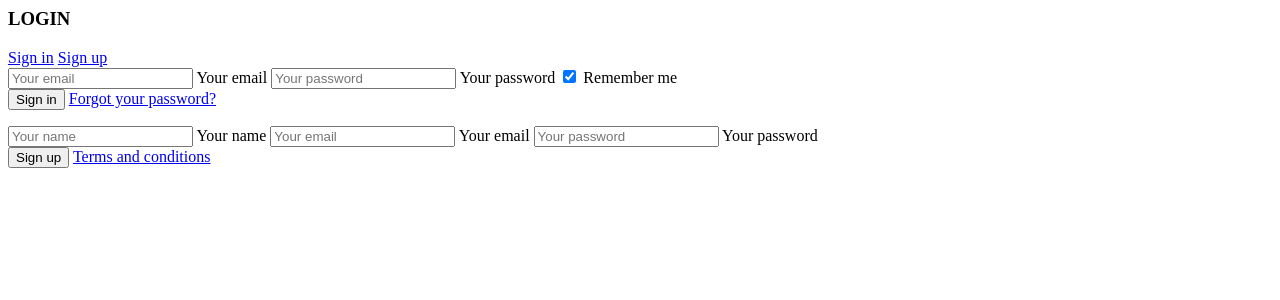
Repository: JaeJin2044/Community_spring
Page: http://localhost/Community/WEB-INF/views/user/login.jsp
An editor plug-in stored every save of this project. The page is shown before and after the next save, followed by the edit.
The browser window is 1280 px wide. The pictures show the whole page.
The page is served by Tomcat 9. Nobody is signed in. The template is opened directly, without the code that normally fills it, so the values that code supplies are empty.

Above is the page before, as saved 2021-03-23 04:49:21.

After the next save:
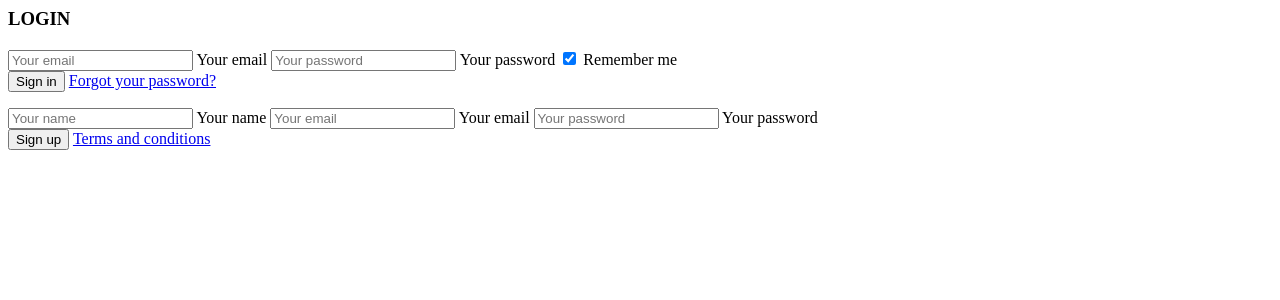
Saved 8 s later.
--- a/Community/src/main/webapp/WEB-INF/views/user/login.jsp
+++ b/Community/src/main/webapp/WEB-INF/views/user/login.jsp
@@ -8,10 +8,6 @@
 <section class="container">
 	<article class="half">
 		<h1>LOGIN</h1>
-		<div class="tabs">
-			<span class="tab signin active"><a href="#signin">Sign in</a></span>
-			<span class="tab signup"><a href="#signup">Sign up</a></span>
-		</div>
 		<div class="content">
 			<div class="signin-cont cont">
 				<form action="#" method="post" enctype="multipart/form-data">
